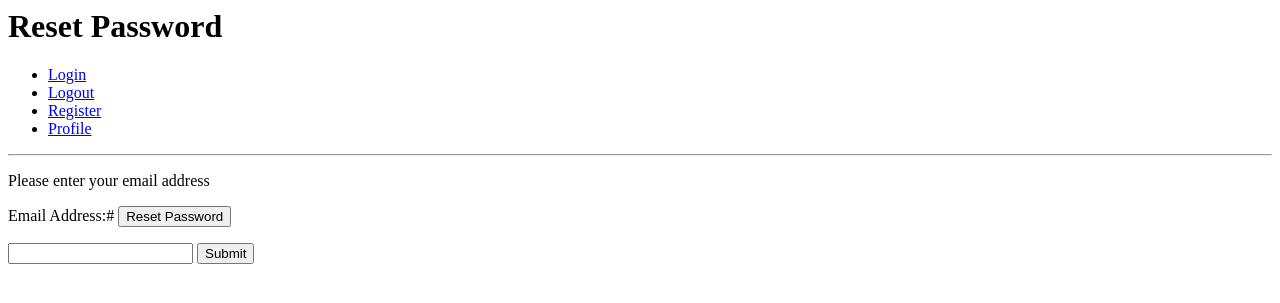
Repository: Danhayes3008/django-lesson2
Page: templates/registration/password_reset_form.html
The author's editor kept a record of every edit. The page is drawn from the files as they stood at one moment, then again after the next edit.
The browser window is 1280 px wide. The pictures show the whole page.
The template is drawn by Django 2.2. The application's start-up code is not run. The template is opened directly, without the code that normally fills it, so the values that code supplies are empty.

Above is the page before.

After the next edit:
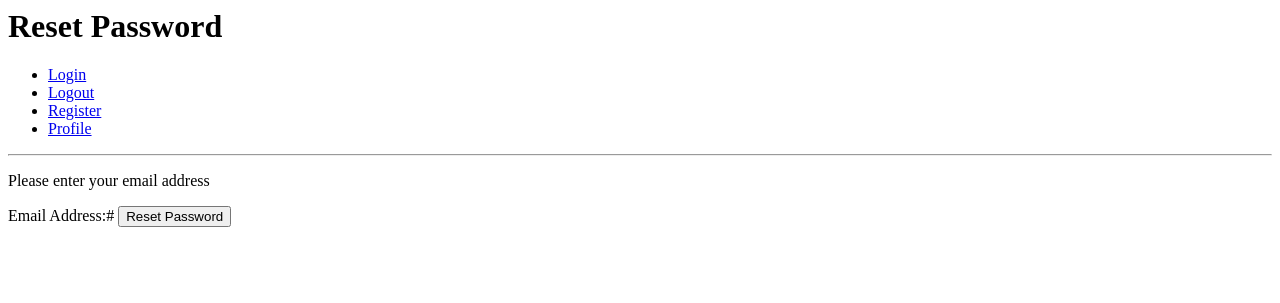
The edit:
--- a/templates/registration/password_reset_form.html
+++ b/templates/registration/password_reset_form.html
@@ -18,7 +18,5 @@
 
         <button>Reset Password</button>
     </p>
-    <input type="text" name=""/>
-    <input type="submit" value="Submit"/>
 </form>
 {% endblock %}
